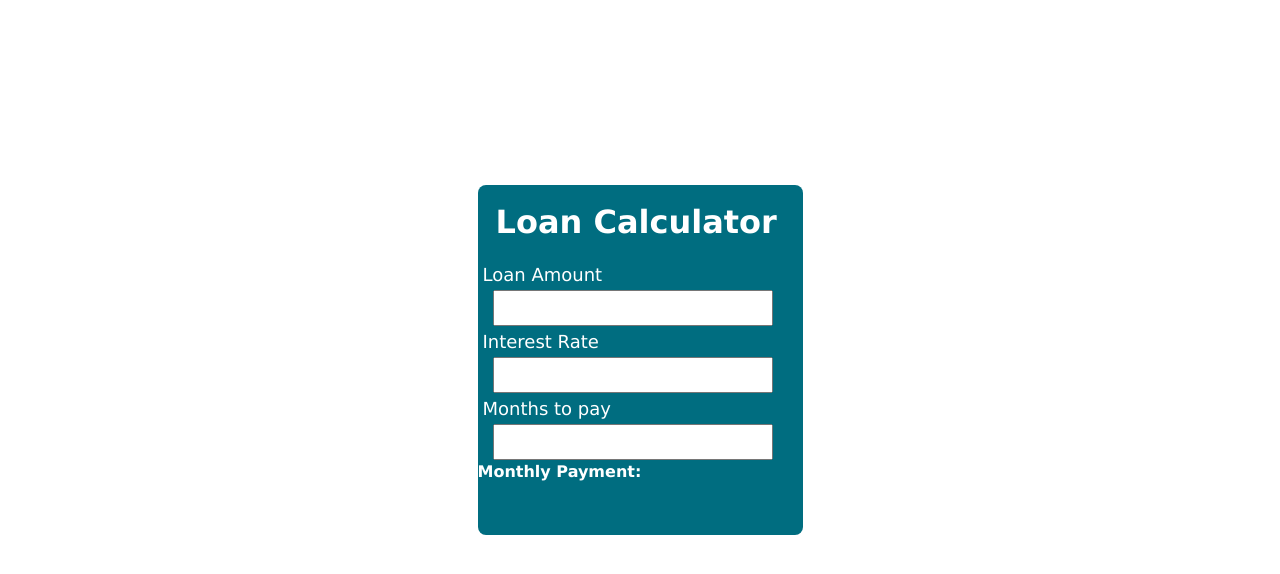
Repository: Ankitkr2021/Loan-Calculator
Page: index.html
The author's editor kept a copy of each file at every save. The page is drawn from the files as they stood at one save, then again after the next save.
The browser window is 1280 px wide. The pictures show the whole page.

Above is the page before, as saved 2025-10-28 08:55:03.

After the next save:
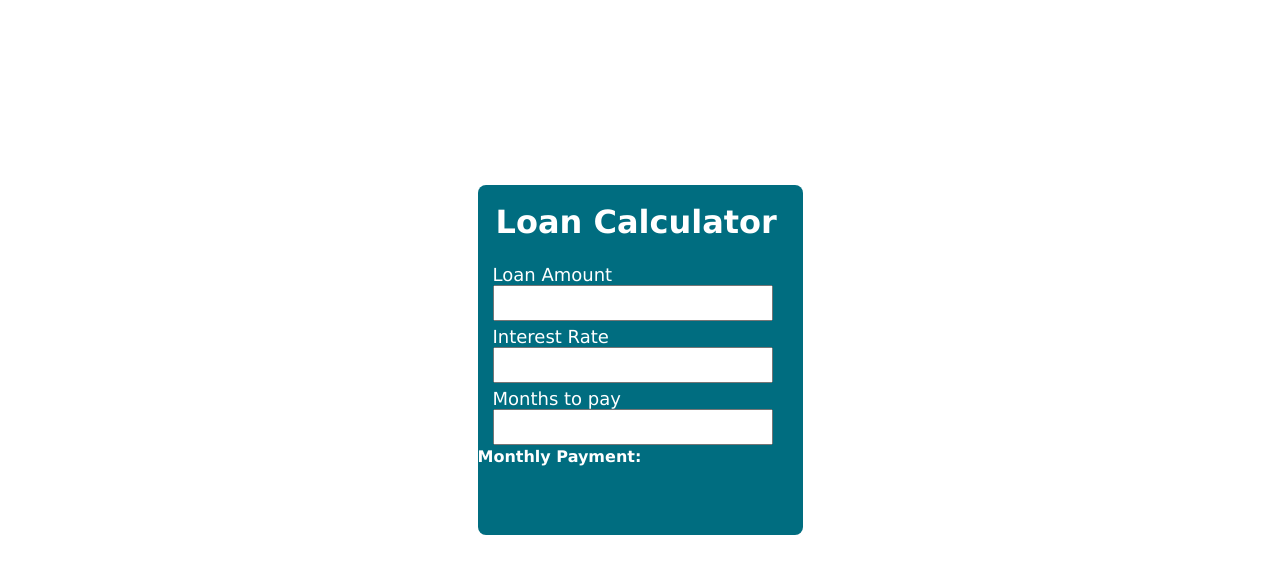
Saved 20 s later.
--- a/style.css
+++ b/style.css
@@ -30,7 +30,7 @@ h1{
 span {
    font-size: 18px;
    margin-left: 15px;
-    margin: 5px;
+    margin-top: 5px;
 }
 
 input{
